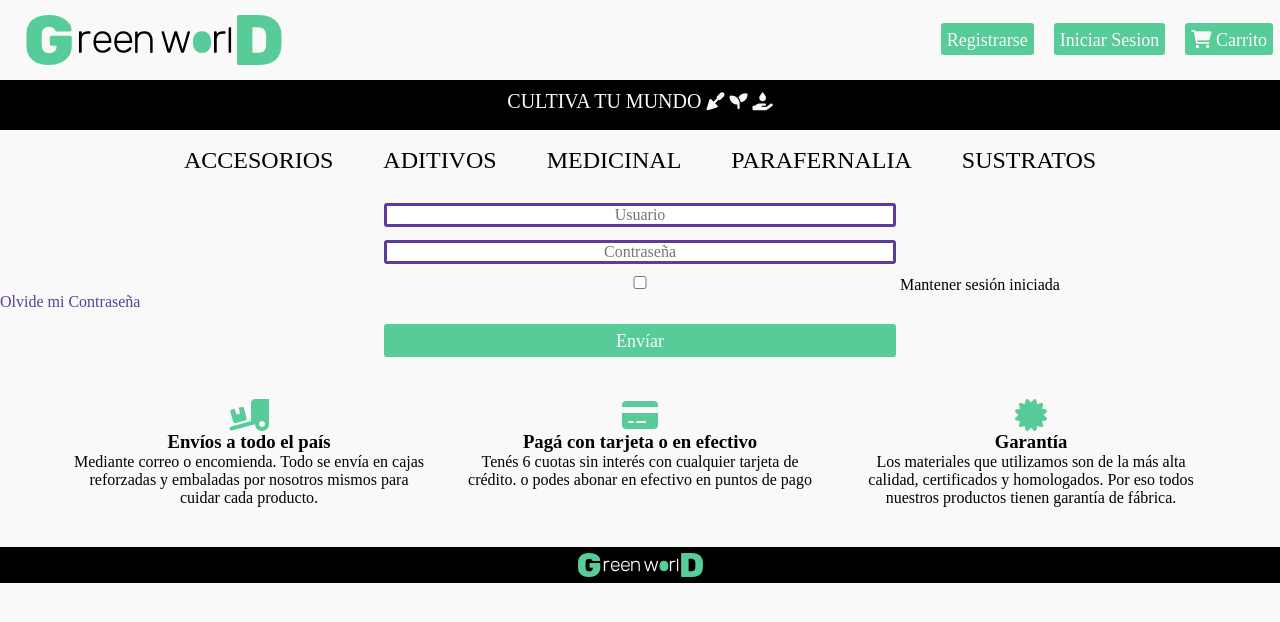
Repository: francoG98/grupo_9_Green_World
Page: source/views/login.html
These files come from the project's save history. The page is drawn as it stood at one moment and after the next save; the edit follows.
The browser window is 1280 px wide. The pictures show the whole page.
Some web fonts or font styles are not loaded; a fallback is used. Some web libraries are served in a nearby version.

Above is the page before, as saved 2022-06-24 23:05:19.

### source/views/login.html
<!DOCTYPE html>
<html lang="en">
<head>
    <meta charset="UTF-8">
    <meta http-equiv="X-UA-Compatible" content="IE=edge">
    <meta name="viewport" content="width=device-width, initial-scale=1.0">
    <title>Green World</title>

    <link rel="preconnect" href="https://fonts.googleapis.com">
<link rel="preconnect" href="https://fonts.gstatic.com" crossorigin>
<link href="https://fonts.googleapis.com/css2?family=Abel&family=Anek+Gujarati:wght@100;200;300;400;500;600;700;800&display=swap" rel="stylesheet">
<link rel="stylesheet" href="https://cdnjs.cloudflare.com/ajax/libs/font-awesome/6.1.1/css/all.min.css" integrity="sha512-KfkfwYDsLkIlwQp6LFnl8zNdLGxu9YAA1QvwINks4PhcElQSvqcyVLLD9aMhXd13uQjoXtEKNosOWaZqXgel0g==" crossorigin="anonymous" referrerpolicy="no-referrer" />
<link rel="stylesheet" href="/css/main-login.css">
<link rel="stylesheet" href="/css/header.css">
<link rel="stylesheet" href="/css/footer.css">

</head>
<body>
    <header>
        <div class="header-top-bar">
            <figure>
                <a href="/"><img src="/assets/logo-edu.svg" alt="Logo Green World" class="header-logo"></a>
            </figure>
            <div class="chart-burger">
                <a href="/chart" >
                    <i class="fa-solid fa-basket-shopping"></i>
                </a>
                <a href="" >
                    <i class="fas fa-bars"></i>
                </a>
            </div>
            <nav class="header-top-nav-bar">
                <ul>
                    <li><a href="/register">Registrarse</a> </li>
                    <li><a href="/login">Iniciar Sesion</a></li>
                    <li><a href="/chart"><i class="fa-solid fa-cart-shopping"></i>  Carrito</a></li>
                </ul>
            </nav>
        </div>
        <h2>CULTIVA TU MUNDO   <i id="pala" class="fa-solid fa-trowel"></i>    <i id="planta" class="fa-solid fa-seedling"></i>    <i id="agua" class="fa-solid fa-hand-holding-droplet"></i></h2>



        <nav class="header-bottom-nav-bar">
            <ul>
                <li ><a href="/accesorios">ACCESORIOS</a></li>
                <li ><a href="/aditivos">ADITIVOS</a></li>
                <li ><a href="/medicinal">MEDICINAL</a></li>
                <li ><a href="/parafernalia">PARAFERNALIA</a></li>
                <li ><a href="/sustratos">SUSTRATOS</a></li>
            </ul>
        </nav>
    </header>
    <main>
           <form method="post" action="">
            <p>
                <input type="text" name="usuario" placeholder="Usuario" required>
            </p>
            <p>
                <input type='password' name='password' placeholder='Contraseña' required>
            </p>
            <p>
                <input type='checkbox' name='mantener-sesion'> Mantener sesión iniciada </input>
            </p>
            <p><a href="" class="recuperar-contraseña">Olvide mi Contraseña</a></p>
            <a href="./home.html"><button type="submit" name="registrar"> Envíar </button></a>
           </form>
    </main>
    <footer>
        <div class="footer-top-bar">
            <section>
                <i class="fa-solid fa-truck-ramp-box"></i>
                <h3>Envíos a todo el país</h3>
                <p>Mediante correo o encomienda. Todo se envía en cajas reforzadas y embaladas por nosotros mismos para cuidar cada producto.</p>
            </section>
            <section>
                <i class="fa-solid fa-credit-card"></i>
                <h3>Pagá con tarjeta o en efectivo</h3>
                <p>Tenés 6 cuotas sin interés con cualquier tarjeta de crédito. o podes abonar en efectivo en
                    puntos de pago</p>
            </section>
            <section>
                <i class="fa-solid fa-certificate"></i>
                <h3>Garantía</h3>
                <p>Los materiales que utilizamos son de la más alta calidad, certificados y homologados. Por eso todos nuestros productos tienen garantía de fábrica.</p>
            </section>
        </div>
        <div class="footer-bottom-bar">
            <a href="/"><img src="/assets/logo-blanco-57cc99.svg" alt="Logo Green World" class="header-logo"></a>


        </div>
    </footer>

</body>
</html>

### public/css/main-login.css
*{
    margin: 0px;
    padding: 0px;
    box-sizing: border-box;
    font-family: "Anek Gujarati";
    }
a button{
    text-decoration: none;
    font-size: 18px;
    color:#f9f9f9;
    background-color:#57CC99;
    Width: 40%;
    padding:7px 6px 5px 6px;
    border: none;
    transition: opacity 200ms;
    justify-content: center;
    text-align: center;
    margin-left: 30%;
    margin-top: 1%;
    margin-bottom: 1%;
    border-radius: 3px;
}
input{
    margin-left: 30%;
    margin-top: 1%;
    border: 3px solid #5c3d99;
    width: 40%;
    text-align: center;
    font-size: 16px;
    border-radius: 3px;
}
.recuperar-contraseña{
    text-decoration: none;
    font-size: 16px;
    color: #5c3d99;

}

### public/css/header.css
*{
    margin: 0px;
    padding: 0px;
    box-sizing: border-box;
    font-family: "Anek Gujarati";
    }
header{
    height:72px
}
.header-top-bar{
    display: flex;
    flex-wrap: wrap;
    /*
    background-color: #af95e2;*/
    background-color: #f9f9f9;
    align-items: center;
    justify-content: space-between;
    height: 40px;
    width:100vw;

}
.header-top-bar figure{
    width: 220px;
    height: 32px;;
    margin: 4px;

}
.header-logo{
    width: 100%;
    height:32px;


}
header h2{
    width: 100%;
    text-align: center;
    font-weight: normal;;
    background-color:black;
    color: #f9f9f9;;
    font-size: 18px;
    height:32px;;
    padding-top:6px


}

nav.header-top-nav-bar{
    width: 100%;
    order:3;
}

div.chart-burger{
    display: flex;
    justify-content: flex-end;
    align-items: center;
    gap: 5px;
    margin: 4px 10px;

}
div.chart-burger a{
    text-align:center;
    color:#f9f9f9;;
    /*
    background-color: #3e0b5e;*/
    background-color: #57CC99;
    box-sizing: border-box;
    height:32px;
    font-size: 18px;
    width: 32px;
    padding-top:4.4px;
    border-radius: 3px

}


nav.header-top-nav-bar ul{
    list-style: none;
    margin: 0 ;
    padding: 0;
    display: none;
    justify-content: space-between;
    flex-wrap: wrap;
}
nav.header-top-nav-bar ul li{
    width: 50%
}


.header-bottom-nav-bar ul{
    list-style: none;
    margin: 0 ;
    padding: 0;
    display: none

}

@media(min-width:768px){
    .header-top-nav-bar{
        display: none;
        order: 2;
        width: 100vw
    }

}
@media(min-width:1024px){
    body{background-color: #f9f9f9;

    }
    header{
        background-color: #f9f9f9;
        height: auto

    }
    .header-top-bar{
        display: flex;
        flex-wrap: wrap;
        background-color: #f9f9f9;
        align-items: center;
        justify-content: space-between;
        height: 80px;
        width:100vw;
        max-width: 1400px;
        margin:auto
    }
    .header-top-bar figure{
        width: 300px;
        height: 50px

    }
    .header-logo{
        height:100%;
    }

    nav.header-top-nav-bar{
        height:40px;
        align-items: center;
        display:flex;
        justify-content: flex-end;
        width:auto
    }

    div.chart-burger{
        display: none;
        order:5;
        width: 100%
    }
    nav.header-top-nav-bar ul{
        list-style: none;
        padding: 0;
        display: flex;
        justify-content: flex-end;
        align-items: center;
        flex-wrap: wrap;
        gap: 20px;
        text-decoration: none;
        margin:7px;
        order:3
    }
    nav.header-top-nav-bar ul li {
        width: auto;
    }
    nav.header-top-nav-bar ul li a{
        text-decoration: none;
        font-size: 18px;
        color:#f9f9f9;
        background-color:#57CC99;
        padding:7px 6px 5px 6px;
        border-radius:3px;
        transition: opacity 200ms
    }

    nav.header-top-nav-bar ul li a:hover{
        opacity: 0.7
    }
    header h2{
        width: 100%;
        height: 50px;
        padding-top: 10px;
        font-weight: normal;
        background-color:black;
        color: #f9f9f9;
        font-size: 20px;

    }
    #pala{
        transition: color 500ms, font-size 500ms
    }
    #pala:hover{
        color:#f65a5a;
        font-size: 40px
    }
    #planta{
        transition: color 500ms, font-size 500ms
    }
    #planta:hover{
        color:#80ed99;
        font-size: 40px
    }
    #agua{
        transition: color 500ms, font-size 500ms
    }
    #agua:hover{
        color:#90c0e0;
        font-size: 40px
    }


    .header-bottom-nav-bar ul{

        display: flex;
        justify-content: center;
        align-items: center;
        gap: 50px;
        height: 60px
    }
    .header-bottom-nav-bar ul a{
        text-decoration: none;
        font-size: 24px;
        color: black;

        transition: font-size 200ms
    }
    .header-bottom-nav-bar ul a:hover{
        font-size:30px;
        font-weight: 500;
        color: #57CC99
    }
}

### public/css/footer.css
footer{
    background-color:#f9f9f9

}
.footer-top-bar{
    display:flex;
    flex-wrap:wrap
}
.footer-top-bar section{
    width:100%;
    text-align: center;
    padding:10px
}

.footer-top-bar section i{
    color:#57CC99;
    font-size: 2em;
    line-height:10px;
    margin: auto;
    }
.footer-top-bar section h3{
font-weight:700
}
.footer-top-bar section p{
    font-family:"Abel"
}
.footer-bottom-bar{
    background-color:black;

}
.footer-bottom-bar a{
    display: flex;
    justify-content: center;
    align-content: center;
    padding:6px
}
.footer-bottom-bar a img{
    max-width:125px
}

@media(min-width:768px){
    .footer-top-bar{
        display:flex;
        justify-content: center;
        gap: 10px;
        padding: 30px 5px
    }
    .footer-top-bar section{
        width: 30%
    }


}

After the next save:
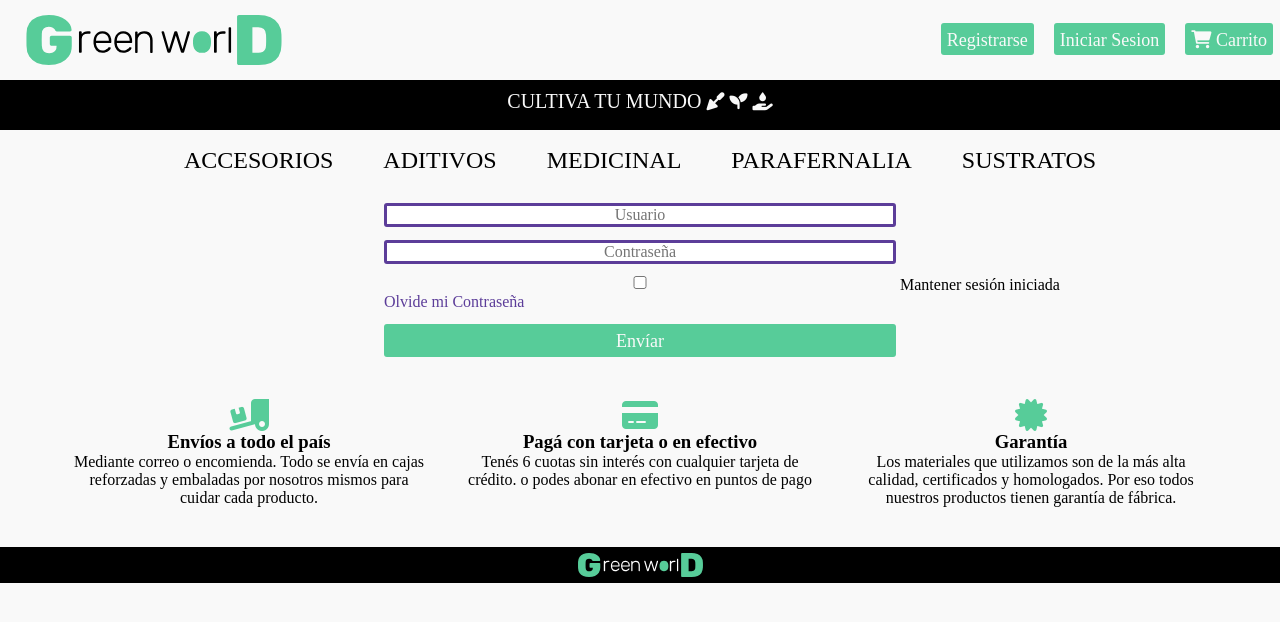
Saved 69 s later.
--- a/public/css/main-login.css
+++ b/public/css/main-login.css
@@ -33,5 +33,6 @@ input{
     text-decoration: none;
     font-size: 16px;
     color: #5c3d99;
-
+    margin-top: 1%;
+    margin-left: 30%;
 }
